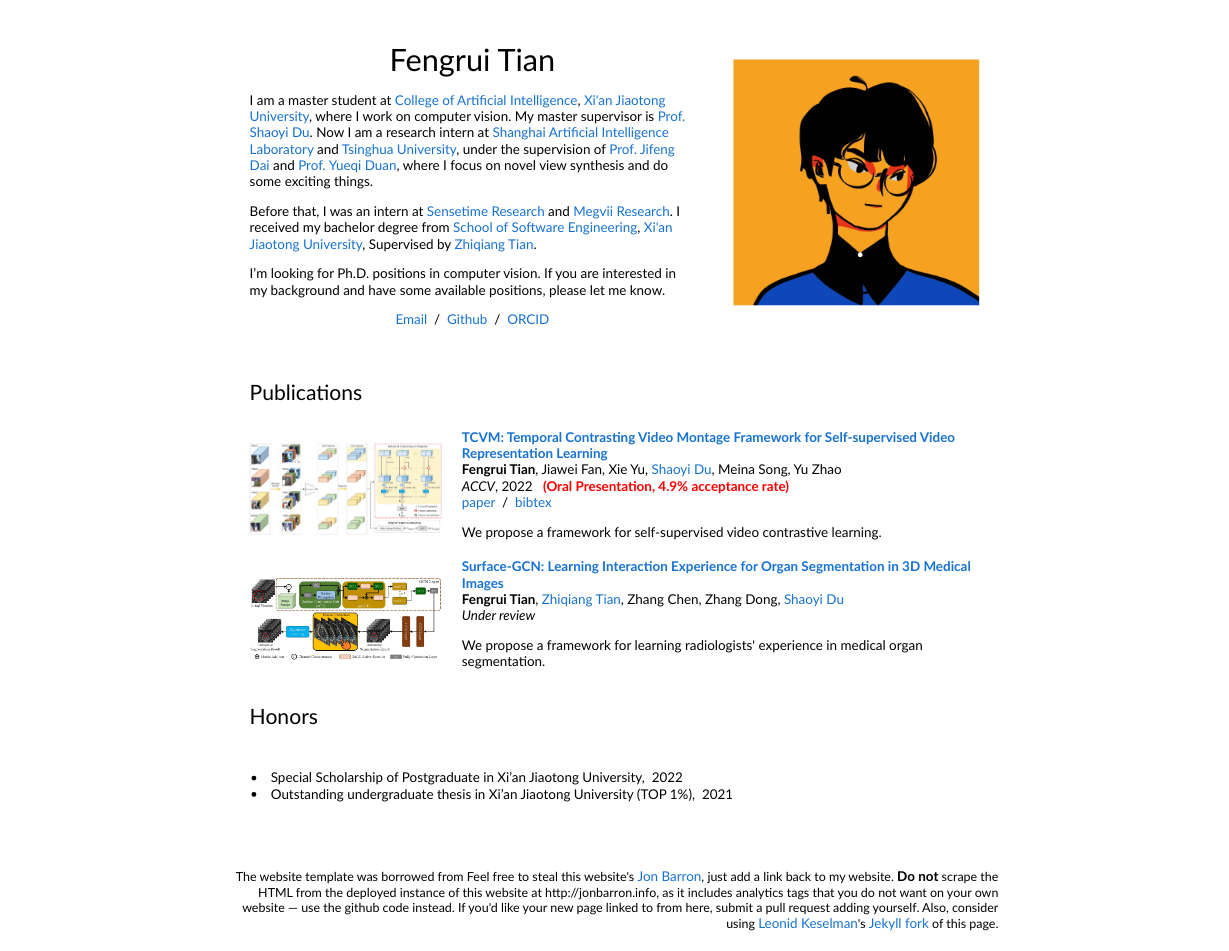
Repository: tianfr/tianfr.github.io
Page: index.html
These files come from the project's save history. The page is drawn as it stood at one moment and after the next save; the edit follows.
The browser window is 1280 px wide. The pictures show the whole page, at 96% of full size.

Above is the page before, as saved 2022-11-20 15:50:09.

### index.html
<!DOCTYPE HTML>
<html lang="en"><head><meta http-equiv="Content-Type" content="text/html; charset=UTF-8">

  <title>Fengrui Tian</title>

  <meta name="author" content="Fengrui Tian">
  <meta name="viewport" content="width=device-width, initial-scale=1">

  <link rel="stylesheet" type="text/css" href="stylesheet.css">
	<link rel="icon" href="data:[embedded picture, 141 characters]">
</head>

<body>
  <table style="width:100%;max-width:800px;border:0px;border-spacing:0px;border-collapse:separate;margin-right:auto;margin-left:auto;"><tbody>
    <tr style="padding:0px">
      <td style="padding:0px">
        <table style="width:100%;border:0px;border-spacing:0px;border-collapse:separate;margin-right:auto;margin-left:auto;"><tbody>
          <tr style="padding:0px">
            <td style="padding:2.5%;width:63%;vertical-align:middle">
              <p style="text-align:center">
                <name>Fengrui Tian</name>
              </p>
              <p>I am a master student at <a href="http://iair.xjtu.edu.cn/">College of Artificial Intelligence</a>, <a href="http://www.xjtu.edu.cn/">Xi'an Jiaotong University</a>, where I work on computer vision. My master supervisor is <a href="https://gr.xjtu.edu.cn/en/web/dushaoyi/home">Prof. Shaoyi Du</a>. Now I am a research intern at <a href="https://www.shlab.org.cn/">Shanghai Artificial Intelligence Laboratory</a> and <a href="https://www.tsinghua.edu.cn/">Tsinghua University</a>, under the supervision of <a href="https://jifengdai.org/">Prof. Jifeng Dai</a> and  <a href="https://duanyueqi.github.io/">Prof. Yueqi Duan</a>, where I focus on novel view synthesis and do some exciting things.
              </p>
              <p> Before that, I was an intern at <a href="https://www.sensetime.com/">Sensetime Research</a> and
                <a href="https://www.megvii.com/">Megvii Research</a>. I received my bachelor degree from  <a href="https://blog.google/products/google-ar-vr/introducing-next-generation-jump/">School of Software Engineering</a>, <a href="http://www.xjtu.edu.cn/">Xi'an Jiaotong University</a>, Supervised by <a href="https://gr.xjtu.edu.cn/en/web/zhiqiangtian/home">Zhiqiang Tian</a>.
              </p>
              <p>  I’m looking for Ph.D. positions in computer vision. If you are interested in my background and have some available positions, please let me know.
              </p>
              <p style="text-align:center">
                <a href="mailto:tianfr@stu.xjtu.edu.cn">Email</a> &nbsp/&nbsp
                <!-- <a href="data/JonBarron-CV.pdf">CV</a> &nbsp/&nbsp -->
                <!-- <a href="data/JonBarron-bio.txt">Bio</a> &nbsp/&nbsp -->
                <!-- <a href="https://scholar.google.com/citations?hl=en&user=jktWnL8AAAAJ">Google Scholar</a> &nbsp/&nbsp -->
                <!-- <a href="https://twitter.com/jon_barron">Twitter</a> &nbsp/&nbsp -->
                <a href="https://github.com/tianfr/">Github</a> &nbsp/&nbsp
                <a href="https://orcid.org/0000-0002-9577-5276">ORCID</a>
              </p>
            </td>
            <td style="padding:2.5%;width:40%;max-width:40%">
              <a href="images/Fengrui_Tian_avatar.jpg"><img style="width:100%;max-width:100%" alt="profile photo" src="images/Fengrui_Tian_avatar.jpg" class="hoverZoomLink"></a>
            </td>
          </tr>
        <!-- </tbody></table>
        <table style="width:100%;border:0px;border-spacing:0px;border-collapse:separate;margin-right:auto;margin-left:auto;"><tbody>
            <tr>
            <td style="padding:20px;width:100%;vertical-align:middle">
              <heading>Research</heading>
              <p>
                I'm interested in computer vision, machine learning, optimization, and image processing. Much of my research is about inferring the physical world (shape, motion, color, light, etc) from images. Representative papers are <span class="highlight">highlighted</span>.
              </p>
            </td>
          </tr>
        </tbody></table> -->
        <table width="100%" align="center" border="0" cellspacing="0" cellpadding="20"><tbody>
          <tr>
            <td>
              <heading>Publications</heading>
            </td>
          </tr>
        </tbody></table>
        <table style="width:100%;border:0px;border-spacing:0px;border-collapse:separate;margin-right:auto;margin-left:auto;"><tbody>

          <tr onmouseout="dreamfusion_stop()" onmouseover="dreamfusion_start()">
            <td style="padding:20px;width:25%;vertical-align:middle">
              <img src="images/tcvm_overview.jpg" alt="prl" width="200" height="95">
            </td>
            <!-- <td style="padding:20px;width:25%;vertical-align:middle">
              <div class="one">
                <div class="two" id='dreamfusion_image'><video  width=100% height=100% muted autoplay loop>
                <source src="images/dreamfusion.mp4" type="video/mp4">
                Your browser does not support the video tag.
                </video></div>
                <img src='images/tcvm_overview.jpg' width="160">
              </div>
              <script type="text/javascript">
                function dreamfusion_start() {
                  document.getElementById('dreamfusion_image').style.opacity = "1";
                }

                function dreamfusion_stop() {
                  document.getElementById('dreamfusion_image').style.opacity = "0";
                }
                dreamfusion_stop()
              </script>
            </td> -->
            <!-- <td style="padding:20px;width:75%;vertical-align:middle"> -->
            <td width="75%" valign="middle">
              <a href="paper/22accv_tcvm.pdf">
                <papertitle>TCVM: Temporal Contrasting Video Montage Framework for Self-supervised Video Representation Learning</papertitle>
              </a>
              <br>
              <strong>Fengrui Tian</strong>,
              Jiawei Fan,
              Xie Yu,
              <a href="https://gr.xjtu.edu.cn/en/web/dushaoyi/home">Shaoyi Du</a>,
              Meina Song,
              Yu Zhao
              <br>
              <em>ACCV</em>, 2022 &nbsp <font color="red"><strong>(Oral Presentation, 4.9% acceptance rate)</strong></font>
              <br>
              <a href="paper/22accv_tcvm.pdf">paper</a>  &nbsp/&nbsp
              <a href="data/accv22TCVM.bib">bibtex</a>
              <p></p>
              <p>
              We propose a framework for self-supervised video contrastive learning.
              </p>
            </td>
          </tr>


          <tr>
            <td style="padding:20px;width:25%;vertical-align:middle">
              <img src="images/surfacegcn.jpg" alt="prl" width="200" height="85">
            </td>
            <td width="75%" valign="middle">
              <a href="">
                <papertitle>Surface-GCN: Learning Interaction Experience for Organ Segmentation in 3D Medical Images</papertitle>
              </a>
              <br>
              <strong>Fengrui Tian</strong>,
              <a href="https://gr.xjtu.edu.cn/en/web/zhiqiangtian/home">Zhiqiang Tian</a>,
              Zhang Chen,
              Zhang Dong,
              <a href="https://gr.xjtu.edu.cn/en/web/dushaoyi/home">Shaoyi Du</a>
              <br>
              <em>Under review</em>
              <br>
              <!-- <a href="data/BarronPRL2009.bib">bibtex</a> -->
              <p>We propose a framework for learning radiologists' experience in medical organ segmentation.</p>
            </td>
          </tr>

        </tbody></table>


        <table width="100%" align="center" border="0" cellspacing="0" cellpadding="20"><tbody>
          <tr>
            <td>
              <heading>Honors</heading>
            </td>
          </tr>
        </tbody></table>
        <table width="100%" align="center" border="0" cellpadding="20"><tbody>
          <tr>
            <td style="padding:20px;width:100%;vertical-align:middle">
              <li>Special Scholarship of Postgraduate in Xi’an Jiaotong University,&nbsp; 2022 </li>
              <li>Outstanding undergraduate thesis in Xi’an Jiaotong University (TOP 1%),&nbsp; 2021 </li> <br>
          </td>

          </tr>


        </tbody></table>
        <table style="width:100%;border:0px;border-spacing:0px;border-collapse:separate;margin-right:auto;margin-left:auto;"><tbody>
          <tr>
            <td style="padding:0px">
              <br>
              <p style="text-align:right;font-size:small;">
                The website template was borrowed from
                Feel free to steal this website's <a href="https://github.com/jonbarron/jonbarron_website">Jon Barron</a>,
                just add a link back to my website.
                <strong>Do not</strong> scrape the HTML from the deployed instance of this website at http://jonbarron.info,
                as it includes analytics tags that you do not want on your own website &mdash; use the github code instead.
                If you'd like your new page linked to from here, submit a pull request adding yourself.

                Also, consider using <a href="https://leonidk.com/">Leonid Keselman</a>'s <a href="https://github.com/leonidk/new_website">Jekyll fork</a> of this page.
              </p>
            </td>
          </tr>
        </tbody></table>
      </td>
    </tr>
  </table>
</body>

</html>

### stylesheet.css
/* latin-ext */
@font-face {
  font-family: 'Lato';
  font-style: italic;
  font-weight: 400;
  src: local('Lato Italic'), local('Lato-Italic'), url(https://fonts.gstatic.com/s/lato/v15/S6u8w4BMUTPHjxsAUi-qNiXg7eU0.woff2) format('woff2');
  unicode-range: U+0100-024F, U+0259, U+1E00-1EFF, U+2020, U+20A0-20AB, U+20AD-20CF, U+2113, U+2C60-2C7F, U+A720-A7FF;
}
/* latin */
@font-face {
  font-family: 'Lato';
  font-style: italic;
  font-weight: 400;
  src: local('Lato Italic'), local('Lato-Italic'), url(https://fonts.gstatic.com/s/lato/v15/S6u8w4BMUTPHjxsAXC-qNiXg7Q.woff2) format('woff2');
  unicode-range: U+0000-00FF, U+0131, U+0152-0153, U+02BB-02BC, U+02C6, U+02DA, U+02DC, U+2000-206F, U+2074, U+20AC, U+2122, U+2191, U+2193, U+2212, U+2215, U+FEFF, U+FFFD;
}
/* latin-ext */
@font-face {
  font-family: 'Lato';
  font-style: italic;
  font-weight: 700;
  src: local('Lato Bold Italic'), local('Lato-BoldItalic'), url(https://fonts.gstatic.com/s/lato/v15/S6u_w4BMUTPHjxsI5wq_FQftx9897sxZ.woff2) format('woff2');
  unicode-range: U+0100-024F, U+0259, U+1E00-1EFF, U+2020, U+20A0-20AB, U+20AD-20CF, U+2113, U+2C60-2C7F, U+A720-A7FF;
}
/* latin */
@font-face {
  font-family: 'Lato';
  font-style: italic;
  font-weight: 700;
  src: local('Lato Bold Italic'), local('Lato-BoldItalic'), url(https://fonts.gstatic.com/s/lato/v15/S6u_w4BMUTPHjxsI5wq_Gwftx9897g.woff2) format('woff2');
  unicode-range: U+0000-00FF, U+0131, U+0152-0153, U+02BB-02BC, U+02C6, U+02DA, U+02DC, U+2000-206F, U+2074, U+20AC, U+2122, U+2191, U+2193, U+2212, U+2215, U+FEFF, U+FFFD;
}
/* latin-ext */
@font-face {
  font-family: 'Lato';
  font-style: normal;
  font-weight: 400;
  src: local('Lato Regular'), local('Lato-Regular'), url(https://fonts.gstatic.com/s/lato/v15/S6uyw4BMUTPHjxAwXiWtFCfQ7A.woff2) format('woff2');
  unicode-range: U+0100-024F, U+0259, U+1E00-1EFF, U+2020, U+20A0-20AB, U+20AD-20CF, U+2113, U+2C60-2C7F, U+A720-A7FF;
}
/* latin */
@font-face {
  font-family: 'Lato';
  font-style: normal;
  font-weight: 400;
  src: local('Lato Regular'), local('Lato-Regular'), url(https://fonts.gstatic.com/s/lato/v15/S6uyw4BMUTPHjx4wXiWtFCc.woff2) format('woff2');
  unicode-range: U+0000-00FF, U+0131, U+0152-0153, U+02BB-02BC, U+02C6, U+02DA, U+02DC, U+2000-206F, U+2074, U+20AC, U+2122, U+2191, U+2193, U+2212, U+2215, U+FEFF, U+FFFD;
}
/* latin-ext */
@font-face {
  font-family: 'Lato';
  font-style: normal;
  font-weight: 700;
  src: local('Lato Bold'), local('Lato-Bold'), url(https://fonts.gstatic.com/s/lato/v15/S6u9w4BMUTPHh6UVSwaPGQ3q5d0N7w.woff2) format('woff2');
  unicode-range: U+0100-024F, U+0259, U+1E00-1EFF, U+2020, U+20A0-20AB, U+20AD-20CF, U+2113, U+2C60-2C7F, U+A720-A7FF;
}
/* latin */
@font-face {
  font-family: 'Lato';
  font-style: normal;
  font-weight: 700;
  src: local('Lato Bold'), local('Lato-Bold'), url(https://fonts.gstatic.com/s/lato/v15/S6u9w4BMUTPHh6UVSwiPGQ3q5d0.woff2) format('woff2');
  unicode-range: U+0000-00FF, U+0131, U+0152-0153, U+02BB-02BC, U+02C6, U+02DA, U+02DC, U+2000-206F, U+2074, U+20AC, U+2122, U+2191, U+2193, U+2212, U+2215, U+FEFF, U+FFFD;
}

a {
  color: #1772d0;
  text-decoration: none;
}

a:focus,
a:hover {
  color: #f09228;
  text-decoration: none;
}

body,
td,
th,
tr,
p,
a {
  font-family: 'Lato', Verdana, Helvetica, sans-serif;
  font-size: 14px
}

strong {
  font-family: 'Lato', Verdana, Helvetica, sans-serif;
  font-size: 14px;
}

heading {
  font-family: 'Lato', Verdana, Helvetica, sans-serif;
  font-size: 22px;
}

papertitle {
  font-family: 'Lato', Verdana, Helvetica, sans-serif;
  font-size: 14px;
  font-weight: 700
}

name {
  font-family: 'Lato', Verdana, Helvetica, sans-serif;
  font-size: 32px;
}

.one {
  width: 160px;
  height: 160px;
  position: relative;
}

.two {
  width: 160px;
  height: 160px;
  position: absolute;
  transition: opacity .2s ease-in-out;
  -moz-transition: opacity .2s ease-in-out;
  -webkit-transition: opacity .2s ease-in-out;
}

.fade {
  transition: opacity .2s ease-in-out;
  -moz-transition: opacity .2s ease-in-out;
  -webkit-transition: opacity .2s ease-in-out;
}

span.highlight {
  background-color: #ffffd0;
}

After the next save:
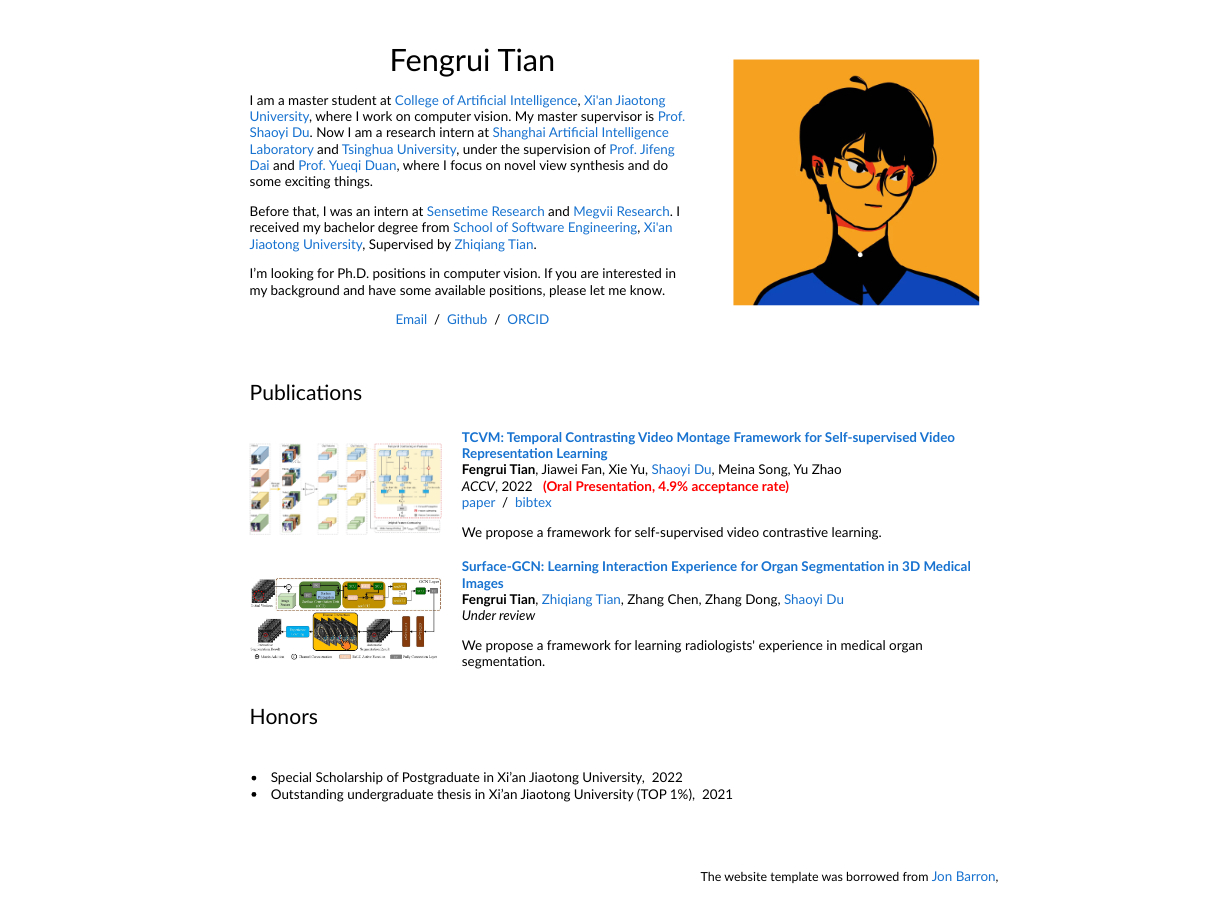
Saved 42 s later.
--- a/index.html
+++ b/index.html
@@ -157,14 +157,7 @@
             <td style="padding:0px">
               <br>
               <p style="text-align:right;font-size:small;">
-                The website template was borrowed from
-                Feel free to steal this website's <a href="https://github.com/jonbarron/jonbarron_website">Jon Barron</a>,
-                just add a link back to my website.
-                <strong>Do not</strong> scrape the HTML from the deployed instance of this website at http://jonbarron.info,
-                as it includes analytics tags that you do not want on your own website &mdash; use the github code instead.
-                If you'd like your new page linked to from here, submit a pull request adding yourself.
-
-                Also, consider using <a href="https://leonidk.com/">Leonid Keselman</a>'s <a href="https://github.com/leonidk/new_website">Jekyll fork</a> of this page.
+                The website template was borrowed from <a href="https://github.com/jonbarron/onbarron_website">Jon Barron</a>,
               </p>
             </td>
           </tr>
